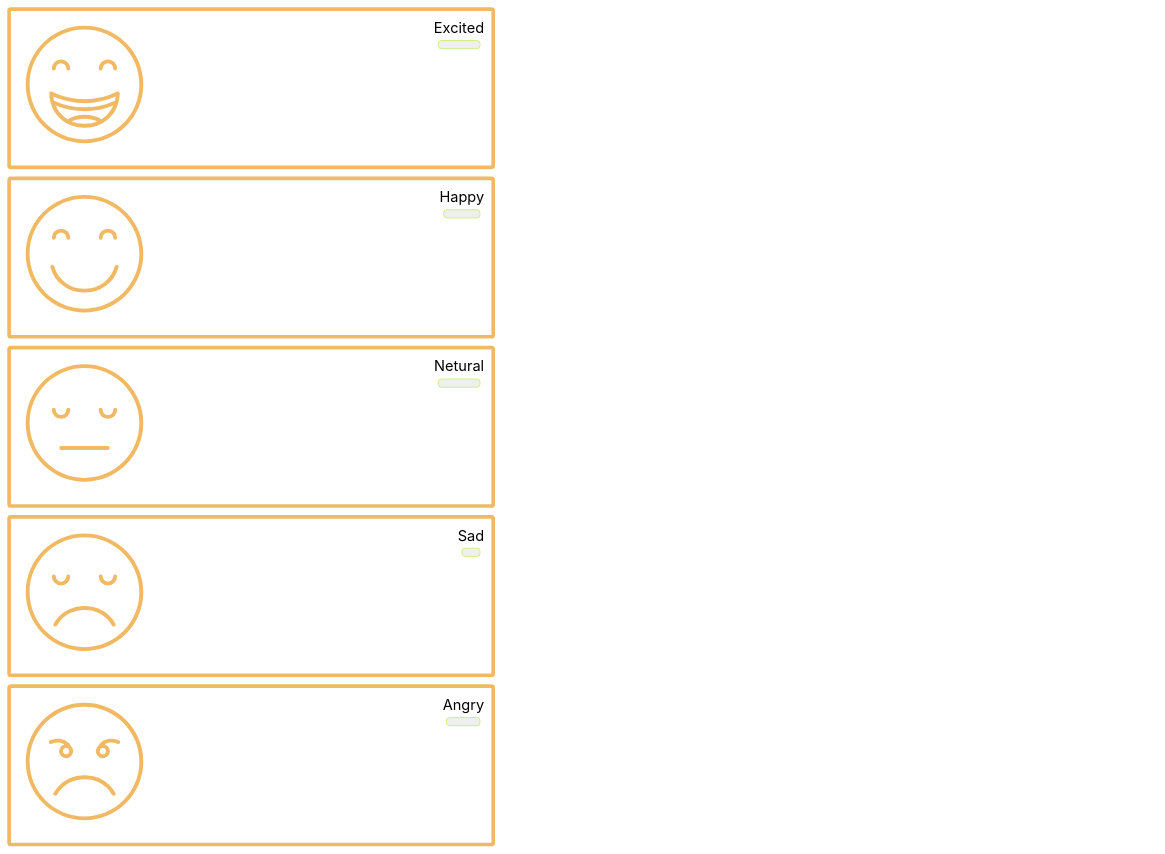
Repository: majakesin/moodify-app
Page: /
An editor plug-in stored every save of this project. The page is shown before and after the next save, followed by the edit.
The browser window is 1280 px wide. The pictures show the whole page, at 91% of full size.
The project was rebuilt for these pictures with package versions that can differ from the ones it lists, and the page was loaded fresh each time.

Above is the page before, as saved 2023-08-21 12:33:32.

### public/index.html
<!DOCTYPE html>
<html lang="en">
  <head>
    <meta charset="utf-8" />
    <link rel="icon" href="%PUBLIC_URL%/logo.svg" />
    <meta name="viewport" content="width=device-width, initial-scale=1" />
    <meta name="theme-color" content="#000000" />
    <meta
      name="description"
      content="Moodify -- App that gives yours ears the best music based on your mood"
    />
    <link rel="apple-touch-icon" href="%PUBLIC_URL%/logo.svg" />
    <!--
      manifest.json provides metadata used when your web app is installed on a
      user's mobile device or desktop. See https://developers.google.com/web/fundamentals/web-app-manifest/
    -->
    <link rel="manifest" href="%PUBLIC_URL%/manifest.json" />
    <!--
      Notice the use of %PUBLIC_URL% in the tags above.
      It will be replaced with the URL of the `public` folder during the build.
      Only files inside the `public` folder can be referenced from the HTML.

      Unlike "/favicon.ico" or "favicon.ico", "%PUBLIC_URL%/favicon.ico" will
      work correctly both with client-side routing and a non-root public URL.
      Learn how to configure a non-root public URL by running `npm run build`.
    -->
    <title>Moodify</title>
  </head>
  <body>
    <noscript>You need to enable JavaScript to run this app.</noscript>
    <div id="root"></div>
    <!--
      This HTML file is a template.
      If you open it directly in the browser, you will see an empty page.

      You can add webfonts, meta tags, or analytics to this file.
      The build step will place the bundled scripts into the <body> tag.

      To begin the development, run `npm start` or `yarn start`.
      To create a production bundle, use `npm run build` or `yarn build`.
    -->
  </body>
</html>

### src/App.js
import './App.css';
import {moods}  from 'src/data/moods'
import Mood from './components/Mood';

function App() {
  return (
    <div className="App">
      {moods.map(({type,icon}) => {
        return (<Mood type={type} icon={icon} />)
      })}
    </div>
  );
}

export default App;

### src/App.css

button {
  border: 1px solid var(--first-color);
  border-radius: 4px;
  padding: 4px;
  margin: 4px;
}

### src/data/moods.js
export const moods = [
    {
        type: 'Excited',
        icon: <svg id="SvgjsSvg1081" xmlns="http://www.w3.org/2000/svg" version="1.1" xmlnsXlink="http://www.w3.org/1999/xlink" xmlnsSvgjs="http://svgjs.com/svgjs">
                <defs id="SvgjsDefs1082"></defs>
                <g id="SvgjsG1083">
                    <svg   preserveAspectRatio="xMidYMid meet" xmlns="http://www.w3.org/2000/svg" data-name="Layer 1" viewBox="0 0 1012 1012" width="288" height="288">
                        <path fill="currentcolor" d="M416.51318,95.48682A226.99992,226.99992,0,1,0,95.48682,416.51318,226.99992,226.99992,0,1,0,416.51318,95.48682ZM256,468C139.103,468,44,372.897,44,256S139.103,44,256,44s212,95.103,212,212S372.897,468,256,468ZM137.5,202a7.50006,7.50006,0,0,0,7.5-7.5,20.5,20.5,0,0,1,41,0,7.5,7.5,0,0,0,15,0,35.5,35.5,0,0,0-71,0A7.50006,7.50006,0,0,0,137.5,202Zm181,0a7.50006,7.50006,0,0,0,7.5-7.5,20.5,20.5,0,0,1,41,0,7.5,7.5,0,0,0,15,0,35.5,35.5,0,0,0-71,0A7.50006,7.50006,0,0,0,318.5,202Zm69.95947,82.13037a7.49875,7.49875,0,0,0-7.27832-.356A284.51645,284.51645,0,0,1,257.5,313h-1.48a284.55042,284.55042,0,0,1-125.2002-29.2251A7.4999,7.4999,0,0,0,120,290.5a132.31839,132.31839,0,0,0,79.15625,121.32324A131.47888,131.47888,0,0,0,252.5,423h7a132.5854,132.5854,0,0,0,127.794-97.37988A133.06894,133.06894,0,0,0,392,290.5,7.5003,7.5003,0,0,0,388.45947,284.13037ZM259.5,408h-7a116.58888,116.58888,0,0,1-46.02222-9.36157C219.72205,391.8783,237.33752,388,256.002,388c18.66236,0,36.27466,3.87708,49.51734,10.63538A116.56076,116.56076,0,0,1,259.5,408Zm83.08691-34.41309a117.56809,117.56809,0,0,1-21.38024,16.93219C305.07166,379.48517,281.17847,373,256.002,373c-25.18383,0-49.0852,6.48932-65.22168,17.52966a116.81051,116.81051,0,0,1-46.07495-53.13611,299.90773,299.90773,0,0,0,111.31323,21.61036c.5044,0,1.01612-.00147,1.52051-.00391A300.023,300.023,0,0,0,367.2478,337.40454,117.86031,117.86031,0,0,1,342.58691,373.58691ZM373.6593,318.347A284.8703,284.8703,0,0,1,257.46094,344c-.49219.00293-.97412.00391-1.46387.00391a284.90227,284.90227,0,0,1-117.65942-25.65967,117.74477,117.74477,0,0,1-2.72388-15.77832A299.64178,299.64178,0,0,0,256.02,328h1.519a299.80874,299.80874,0,0,0,118.84668-25.43555A117.6884,117.6884,0,0,1,373.6593,318.347Z" class="color2c2b2d svgShape"></path>
                    </svg>
                </g>
             </svg>
    },
    {
        type: 'Happy',
        icon: <svg id="SvgjsSvg1102" width="288" xmlns="http://www.w3.org/2000/svg" version="1.1" xmlnsXlink="http://www.w3.org/1999/xlink" xmlnsSvgjs="http://svgjs.com/svgjs">
                <defs id="SvgjsDefs1103"></defs>
                <g id="SvgjsG1104">
                    <svg xmlns="http://www.w3.org/2000/svg" data-name="Layer 1" viewBox="0 0 1012 1012" width="288" height="288">
                        <path fill="currentcolor" d="M382.042,299.40674a7.496,7.496,0,0,0-9.21582,5.251A117.42927,117.42927,0,0,1,259.5,391h-7a117.41578,117.41578,0,0,1-113.32715-86.33447,7.49971,7.49971,0,1,0-14.46484,3.96875A132.417,132.417,0,0,0,252.5,406h7a132.58733,132.58733,0,0,0,127.793-97.37744A7.4999,7.4999,0,0,0,382.042,299.40674ZM416.51367,95.48682A227.00026,227.00026,0,0,0,95.48633,416.51318,227.00026,227.00026,0,0,0,416.51367,95.48682ZM256,468C139.10254,468,44,372.897,44,256S139.10254,44,256,44s212,95.103,212,212S372.89746,468,256,468ZM137.5,202a7.49974,7.49974,0,0,0,7.5-7.5,20.5,20.5,0,0,1,41,0,7.5,7.5,0,0,0,15,0,35.5,35.5,0,0,0-71,0A7.49974,7.49974,0,0,0,137.5,202Zm181,0a7.49974,7.49974,0,0,0,7.5-7.5,20.5,20.5,0,0,1,41,0,7.5,7.5,0,0,0,15,0,35.5,35.5,0,0,0-71,0A7.49974,7.49974,0,0,0,318.5,202Z" class="color2c2b2d svgShape"></path>
                    </svg>
                </g>
            </svg> ,
    },
    {
        type: 'Netural',
        icon: <svg id="SvgjsSvg1123" width="288" xmlns="http://www.w3.org/2000/svg" version="1.1" xmlnsXlink="http://www.w3.org/1999/xlink" xmlnsSvgjs="http://svgjs.com/svgjs">
                <defs id="SvgjsDefs1124"></defs>
                <g id="SvgjsG1125">
                    <svg xmlns="http://www.w3.org/2000/svg" data-name="Layer 1" viewBox="0 0 1012 1012" width="288" height="288">
                        <path fill="currentcolor" d="M201,204.5a7.5,7.5,0,0,0-15,0,20.5,20.5,0,0,1-41,0,7.5,7.5,0,0,0-15,0,35.5,35.5,0,0,0,71,0ZM374.5,197a7.50006,7.50006,0,0,0-7.5,7.5,20.5,20.5,0,0,1-41,0,7.5,7.5,0,0,0-15,0,35.5,35.5,0,0,0,71,0A7.50006,7.50006,0,0,0,374.5,197ZM416.51318,95.48682A226.99992,226.99992,0,1,0,95.48682,416.51318,226.99992,226.99992,0,1,0,416.51318,95.48682ZM256,468C139.103,468,44,372.897,44,256S139.103,44,256,44s212,95.103,212,212S372.897,468,256,468Zm90-123H166a7.5,7.5,0,0,0,0,15H346a7.5,7.5,0,0,0,0-15Z" class="color2c2b2d svgShape"></path>
                    </svg>
                </g>
            </svg>,
    },
    {
        type: 'Sad',
        icon: <svg id="SvgjsSvg1193" width="288" xmlns="http://www.w3.org/2000/svg" version="1.1" xmlnsXlink="http://www.w3.org/1999/xlink" xmlnsSvgjs="http://svgjs.com/svgjs">
                <defs id="SvgjsDefs1194"></defs>
                <g id="SvgjsG1195">
                    <svg xmlns="http://www.w3.org/2000/svg" data-name="Layer 1" viewBox="0 0 1012 1012" width="288" height="288">
                         <path fill="currentcolor" d="M165.5,230A35.54028,35.54028,0,0,0,201,194.5a7.5,7.5,0,0,0-15,0,20.5,20.5,0,0,1-41,0,7.5,7.5,0,0,0-15,0A35.54028,35.54028,0,0,0,165.5,230Zm209-43a7.50006,7.50006,0,0,0-7.5,7.5,20.5,20.5,0,0,1-41,0,7.5,7.5,0,0,0-15,0,35.5,35.5,0,0,0,71,0A7.50006,7.50006,0,0,0,374.5,187ZM353.19336,347.94678A132.16887,132.16887,0,0,0,259.5,309.14014h-7a131.47793,131.47793,0,0,0-53.34082,11.17529,133.55143,133.55143,0,0,0-62.24854,56.51221,7.50013,7.50013,0,0,0,13.07911,7.34472,118.4576,118.4576,0,0,1,55.21435-50.1289A116.57358,116.57358,0,0,1,252.5,324.14014h7a117.16738,117.16738,0,0,1,83.08691,34.41308,117.92616,117.92616,0,0,1,19.42432,25.62061,7.5,7.5,0,0,0,13.07715-7.34766A132.92018,132.92018,0,0,0,353.19336,347.94678Zm63.31982-252.46A226.99992,226.99992,0,1,0,95.48682,416.51318,226.99992,226.99992,0,1,0,416.51318,95.48682ZM256,468C139.103,468,44,372.897,44,256S139.103,44,256,44s212,95.103,212,212S372.897,468,256,468Z" class="color2c2b2d svgShape"></path>
                    </svg>
                </g>
            </svg>,
    },
    {
        type: 'Angry',
        icon: <svg id="SvgjsSvg1217" width="288" xmlns="http://www.w3.org/2000/svg" version="1.1" xmlnsXlink="http://www.w3.org/1999/xlink" xmlnSvgjs="http://svgjs.com/svgjs">
                <defs id="SvgjsDefs1218"></defs>
                     <g id="SvgjsG1219">
                        <svg xmlns="http://www.w3.org/2000/svg" data-name="Layer 1" viewBox="0 0 1012 1012" width="288" height="288">
                            <path fill="currentcolor" d="M353.19336,347.94629A132.1737,132.1737,0,0,0,259.5,309.13965h-7a131.5101,131.5101,0,0,0-53.3418,11.17578,133.55212,133.55212,0,0,0-62.24707,56.51172,7.49995,7.49995,0,0,0,13.07813,7.3457A118.46814,118.46814,0,0,1,205.20313,334.043,116.60013,116.60013,0,0,1,252.5,324.13965h7a117.16506,117.16506,0,0,1,83.08691,34.41406,117.92838,117.92838,0,0,1,19.42481,25.62012,7.49957,7.49957,0,1,0,13.07617-7.34766A132.91978,132.91978,0,0,0,353.19336,347.94629ZM416.51367,95.48682A227.00044,227.00044,0,0,0,95.48633,416.51367,227.00044,227.00044,0,0,0,416.51367,95.48682ZM256,468C139.10254,468,44,372.89746,44,256,44,139.103,139.10254,44,256,44s212,95.103,212,212C468,372.89746,372.89746,468,256,468ZM175.12207,188.29736c.96533.53955,1.88086,1.10938,2.769,1.69336a27.02454,27.02454,0,1,0,28.58863,9.52246,62.7776,62.7776,0,0,0-24.04029-24.31005c-27.82519-15.55176-56.1748-2.73292-59.31445-1.21973a7.49994,7.49994,0,1,0,6.50977,13.51367C132.05762,186.33057,153.91113,176.44189,175.12207,188.29736ZM185.12012,204a12,12,0,1,1-12,12A12.01344,12.01344,0,0,1,185.12012,204ZM388.875,173.9834c-3.1416-1.51367-31.49121-14.33447-59.31348,1.21924a62.778,62.778,0,0,0-24.04126,24.31054,26.989,26.989,0,1,0,28.58887-9.52234c.88843-.58435,1.804-1.15429,2.76978-1.694,21.21191-11.85743,43.06347-1.96631,45.48632-.79981A7.49994,7.49994,0,1,0,388.875,173.9834ZM338.87988,216a12,12,0,1,1-12-12A12.01343,12.01343,0,0,1,338.87988,216Z" class="color2c2b2d svgShape"></path>
                        </svg>
                    </g>
            </svg>
    }
]

### src/components/Mood/index.jsx
import styles from './index.module.css';

const Mood = (props) => {

    const { type, icon } = props;

    return (
        <div className={styles.card}>
            <div className={styles.icon}>
                {icon}
            </div>
            <div className={styles.content}>
               <span className={styles.title}> {type} </span>
             <button></button>
            </div>
        </div>
    )
};

export default Mood;

### src/components/Mood/index.module.css

@import '../../styles/variables.css';

.card {
    border: 4px solid var(--third-color);
    border-radius: 4px;
    margin: 8px;
    padding: 8px;
    display: flex;
    justify-content: space-between;
    width: 40vw;
}

.icon {
    color: var(--third-color);
}

.content {
    display: flex;
    flex-direction: column;

}

### src/styles/variables.css
:root,
    :root.rainbow {
        --first-color: #cbf078;
        --second-color: #f8f398;
        --third-color: #f1b963;
        --fourth-color: #e46161;
    }
    :root.blue {
        --first-color: #5585b5;
        --second-color: #53a8b6;
        --third-color: #79c2d0;
        --fourth-color: #bbe4e9;
    }
    :root.pink {
        --first-color: #45171d;
        --second-color: #e84a5f;
        --third-color: #ff847c;
        --fourth-color: #fecea8;

    }

Loaded but not shown: src/index.js (common file); src/index.css (common file); src/reportWebVitals.js (common file)

After the next save:
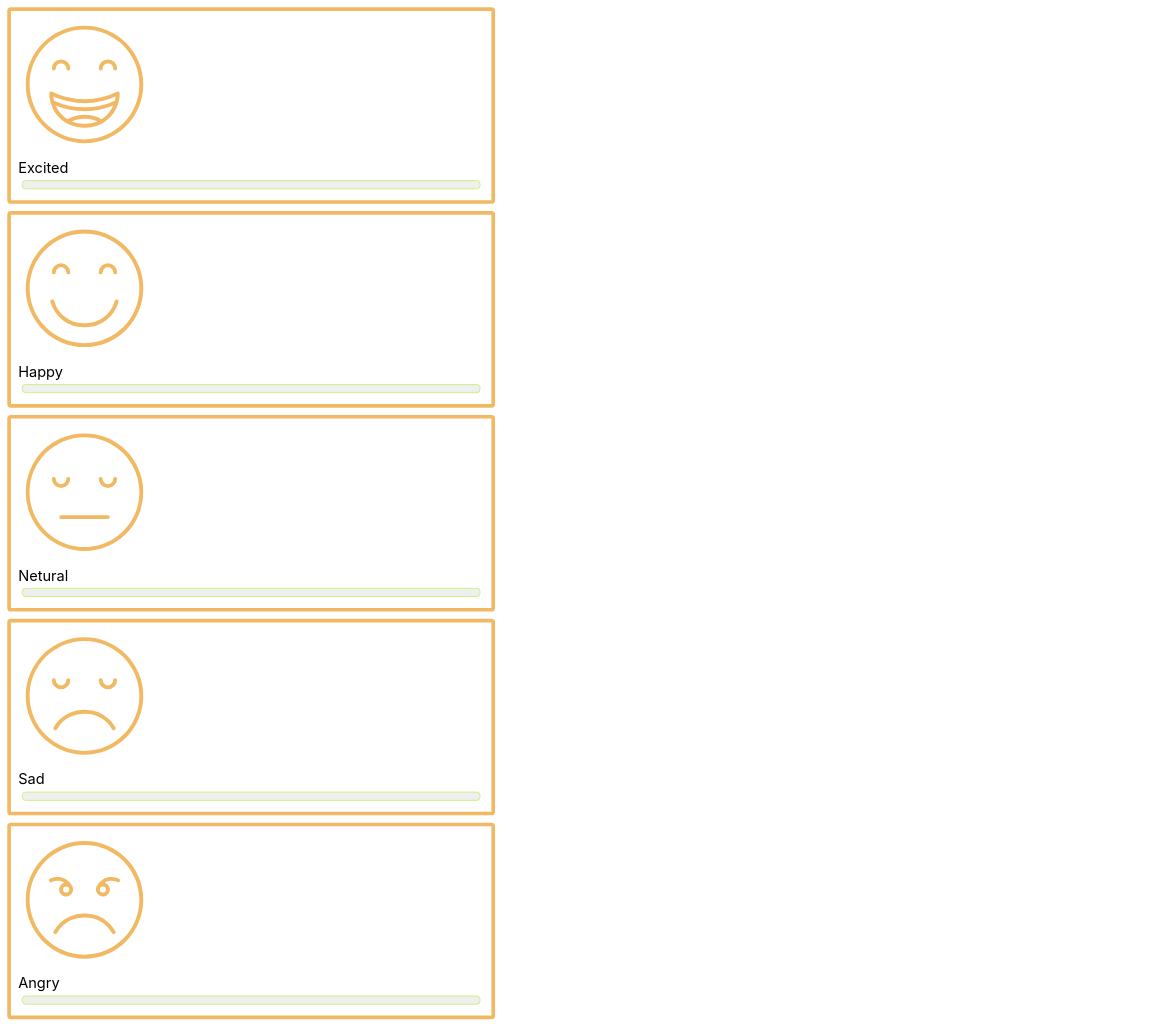
Saved 26 s later.
--- a/src/components/Mood/index.module.css
+++ b/src/components/Mood/index.module.css
@@ -6,8 +6,6 @@
     border-radius: 4px;
     margin: 8px;
     padding: 8px;
-    display: flex;
-    justify-content: space-between;
     width: 40vw;
 }
 
